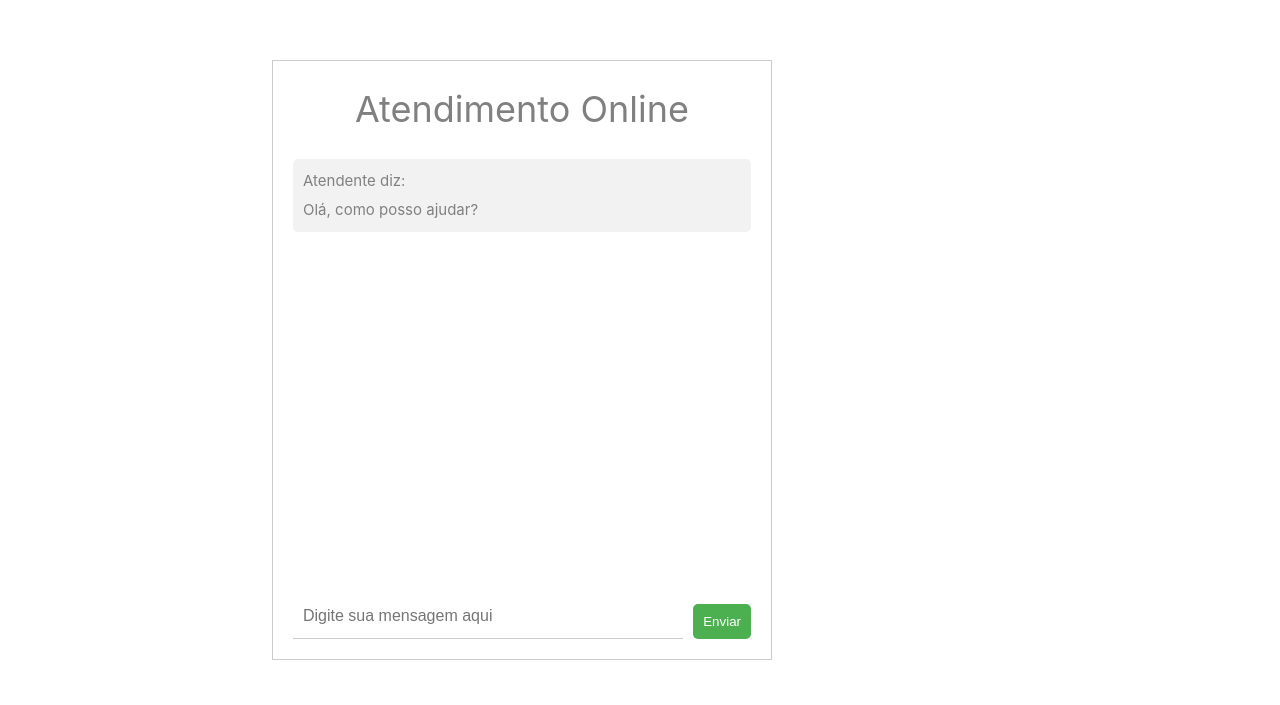
Repository: GabrielGuinzani/vueChat
Page: /
An editor plug-in stored every save of this project. The page is shown before and after the next save, followed by the edit.
The browser window is 1280 px wide. The pictures show the whole page.
Some web libraries are served in a nearby version. The project was rebuilt for these pictures with package versions that can differ from the ones it lists, and the page was loaded fresh each time. Also part of the build but not shown: vite.config.js.

Above is the page before, as saved 2023-04-18 21:44:25.

After the next save:
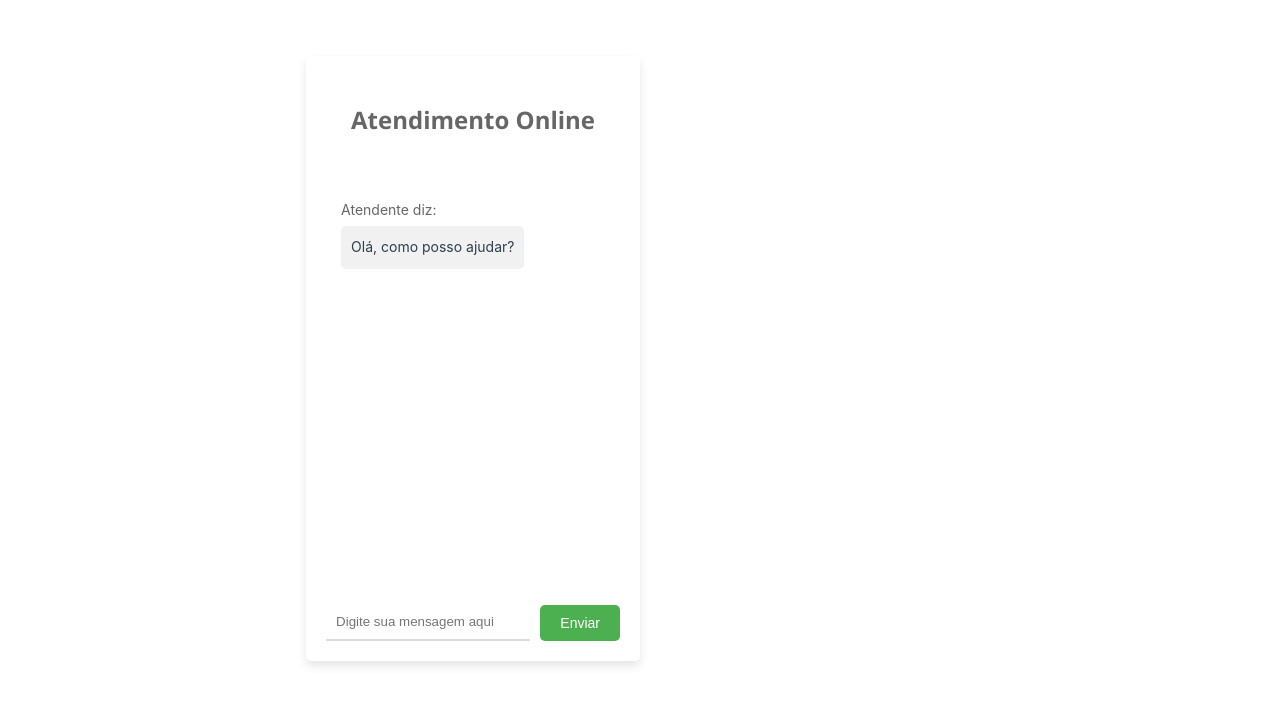
Saved 18 s later.
--- a/src/App.vue
+++ b/src/App.vue
@@ -125,7 +125,7 @@ export default {
 }
 </script>
 
-<style>
+<!-- <style>
 body {
   display: flex;
   justify-content: center;
@@ -217,8 +217,8 @@ body {
     justify-content: center;
     margin-top: 20px;
   }
-</style>
-<!--
+</style> -->
+
 <style>
 <style>
     html {
@@ -380,4 +380,4 @@ body {
     }
   }
 
-</style> -->
+</style>
